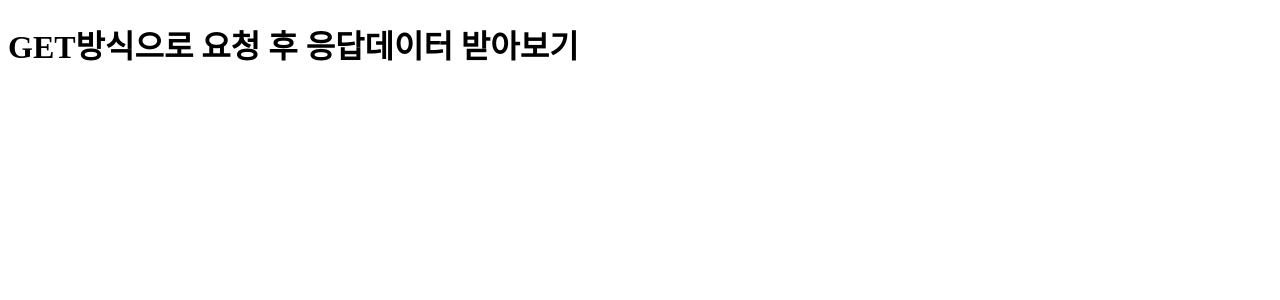
Repository: Rostreaca/0922_Web
Page: MyFirstWebProject/src/main/webapp/views/request_get.html
An editor plug-in stored every save of this project. The page is shown before and after the next save, followed by the edit.
The browser window is 1280 px wide. The pictures show the whole page.

Above is the page before, as saved 2025-09-22 07:27:12.

After the next save:
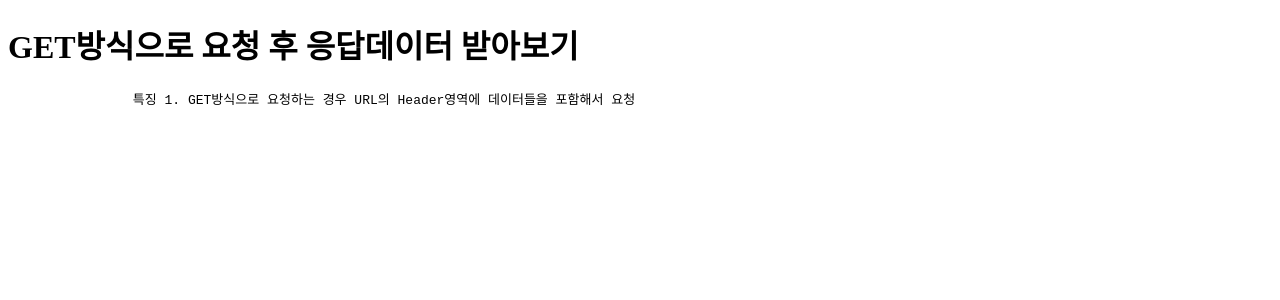
Saved 9 min 57 s later.
--- a/MyFirstWebProject/src/main/webapp/views/request_get.html
+++ b/MyFirstWebProject/src/main/webapp/views/request_get.html
@@ -12,5 +12,19 @@
 </head>
 <body>
 	<h1>GET방식으로 요청 후 응답데이터 받아보기</h1>
+
+	<pre>
+		특징 1. GET방식으로 요청하는 경우 URL의 Header영역에 데이터들을 포함해서 요청
+	</pre>
+
+
+
+
+
+
+
+
+
+
 </body>
 </html>
